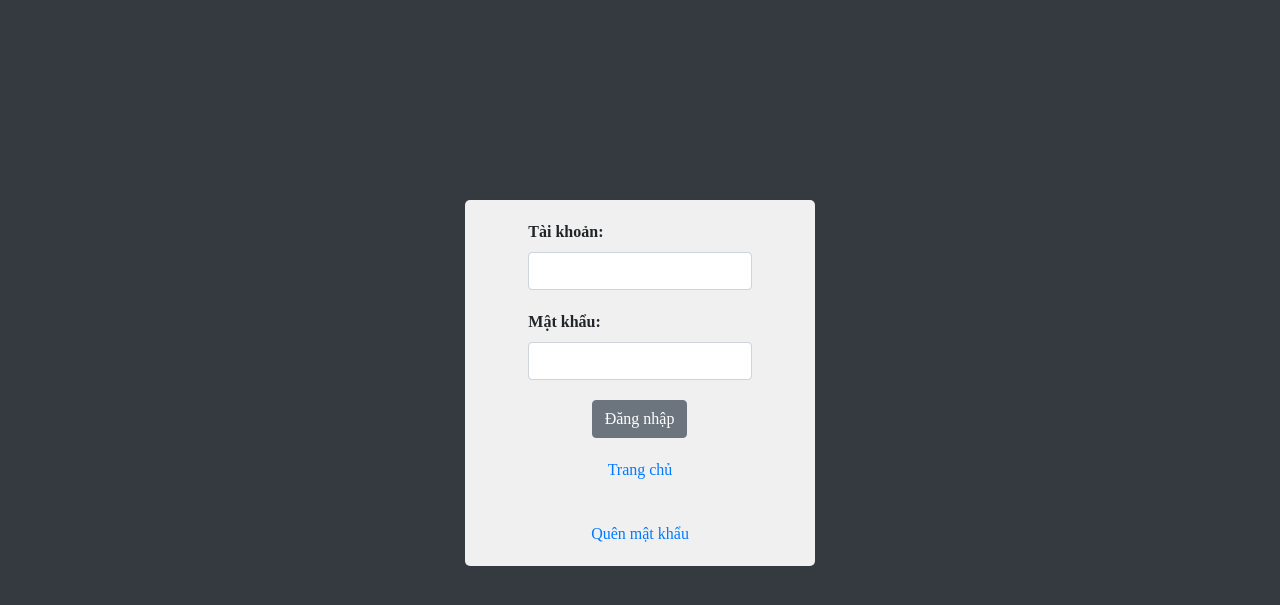
Repository: cuongnh2k/phimmoi
Page: http://localhost/phimmoi/Login.jsp
An editor plug-in stored every save of this project. The page is shown before and after the next save, followed by the edit.
The browser window is 1280 px wide. The pictures show the whole page.
Some web fonts or font styles are not loaded; a fallback is used. The page is served by Tomcat 9. Nobody is signed in. The application's start-up code is not run. Other server files are loaded and not shown.

Above is the page before, as saved 2021-08-23 02:59:30.

### phimmoi/src/main/webapp/Login.jsp
<%@ page language="java" contentType="text/html; charset=UTF-8"
	pageEncoding="UTF-8"%>
<%@ taglib prefix="c" uri="http://java.sun.com/jsp/jstl/core"%>
<!doctype html>
<html lang="vi-VN">
<head>
<!-- Required meta tags -->
<meta charset="utf-8">
<meta name="viewport"
	content="width=device-width, initial-scale=1, shrink-to-fit=no">
<!-- Bootstrap CSS -->
<link rel="stylesheet"
	href="https://cdn.jsdelivr.net/npm/bootstrap@4.6.0/dist/css/bootstrap.min.css"
	integrity="sha384-B0vP5xmATw1+K9KRQjQERJvTumQW0nPEzvF6L/Z6nronJ3oUOFUFpCjEUQouq2+l"
	crossorigin="anonymous">
<!-- Bootstrap JS -->
<script src="https://code.jquery.com/jquery-3.5.1.slim.min.js"
	integrity="sha384-DfXdz2htPH0lsSSs5nCTpuj/zy4C+OGpamoFVy38MVBnE+IbbVYUew+OrCXaRkfj"
	crossorigin="anonymous"></script>
<script
	src="https://cdn.jsdelivr.net/npm/bootstrap@4.6.0/dist/js/bootstrap.bundle.min.js"
	integrity="sha384-Piv4xVNRyMGpqkS2by6br4gNJ7DXjqk09RmUpJ8jgGtD7zP9yug3goQfGII0yAns"
	crossorigin="anonymous"></script>
<!-- Bootstrap ICON -->
<link rel="stylesheet"
	href="https://cdn.jsdelivr.net/npm/bootstrap-icons@1.5.0/font/bootstrap-icons.css">
<!-- font google -->
<link rel="stylesheet"
	href="https://fonts.googleapis.com/css?family=Sofia">
<title>Đăng nhập</title>
</head>

<style>
.khung {
	margin: auto;
	margin-top: 200px;
}

@media screen and (max-width: 500px) {
	.khung {
		margin-top: 150px;
	}
}

@media screen and (max-width: 450px) {
	.khung {
		margin-top: 100px;
	}
}

@media screen and (max-width: 400px) {
	.khung {
		margin-top: 50px;
	}
}

@media screen and (max-width: 350px) {
	.khung {
		margin-top: 0px;
	}
}
</style>
<body class="bg-dark" style="font-family: Trirong, serif;">
	<div
		style="width: 350px; border-radius: 5px; background-color: rgb(240, 240, 240);"
		class="khung">
		<form action="#" method="post">
			<div class="row">
				<div class="col-2"></div>
				<div class="col-8" style="margin-top: 20px;">
					<label for="taiKhoan"><b>Tài khoản:</b></label>
				</div>
				<div class="col-2"></div>
				<div class="col-2"></div>
				<div class="col-8">
					<input class="form-control" id="taiKhoan" name="taiKhoan"
						type="text">
				</div>
				<div class="col-2"></div>
				<div class="col-2"></div>
				<div class="col-8" style="margin-top: 20px;">
					<label for="matKhau"><b>Mật khẩu:</b></label>
				</div>
				<div class="col-2"></div>
				<div class="col-2"></div>
				<div class="col-8">
					<input class="form-control" id="matKhau" name="matKhau"
						type="password">
				</div>
				<div class="col-2"></div>

				<div class="col-4"></div>
				<div class="col-4" style="margin-top: 20px;">
					<input type="submit" value="Đăng nhập" class="btn btn-secondary">
				</div>
				<div class="col-4"></div>
				<div class="col-12 text-center" style="margin-top: 20px; margin-bottom: 20px;">
					<a href="home" class="text-center">Trang chủ</a>
				</div>
				<div class="col-12 text-center" style="margin-top: 20px; margin-bottom: 20px;">
					<a href="#" class="text-center">Quên mật khẩu</a>
				</div>
			</div>

		</form>
	</div>
</body>
</html>

After the next save:
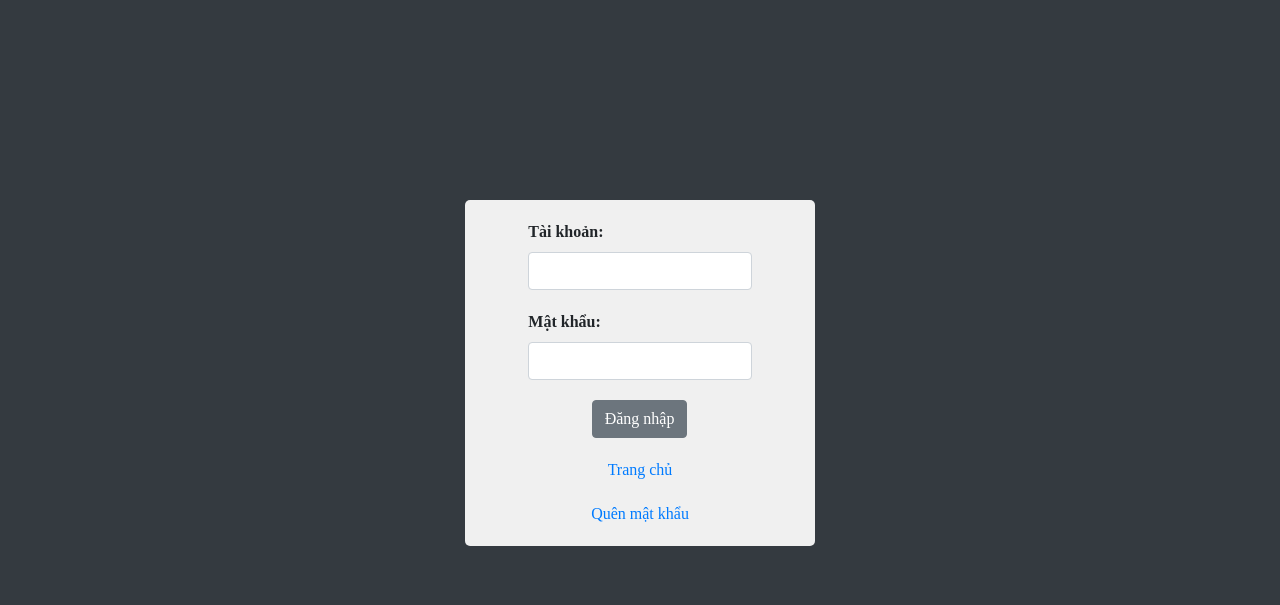
Saved 13 s later.
--- a/phimmoi/src/main/webapp/Login.jsp
+++ b/phimmoi/src/main/webapp/Login.jsp
@@ -94,7 +94,7 @@
 					<input type="submit" value="Đăng nhập" class="btn btn-secondary">
 				</div>
 				<div class="col-4"></div>
-				<div class="col-12 text-center" style="margin-top: 20px; margin-bottom: 20px;">
+				<div class="col-12 text-center" style="margin-top: 20px;">
 					<a href="home" class="text-center">Trang chủ</a>
 				</div>
 				<div class="col-12 text-center" style="margin-top: 20px; margin-bottom: 20px;">
